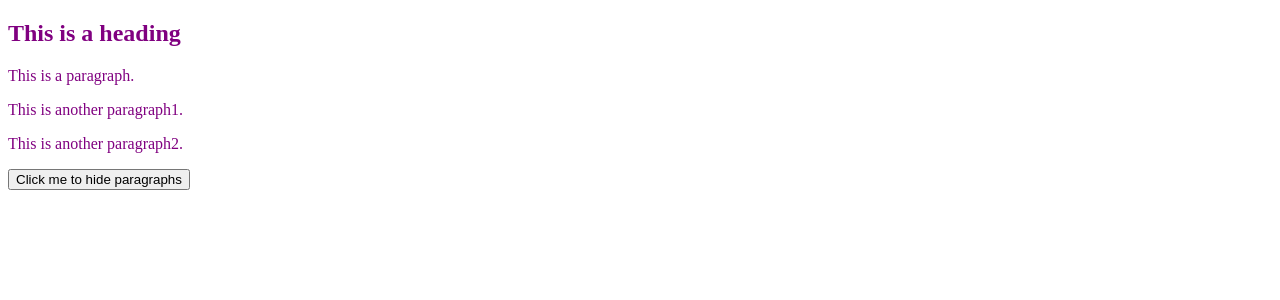
Repository: skybluelion/KB
Page: KB/work05_front/front05_JQuery/src/main/webapp/2_event/jq03_addClass_template.html
These files come from the project's save history. The page is drawn as it stood at one moment and after the next save; the edit follows.
The browser window is 1280 px wide. The pictures show the whole page.

Above is the page before, as saved 2023-04-12 05:32:15.

After the next save:
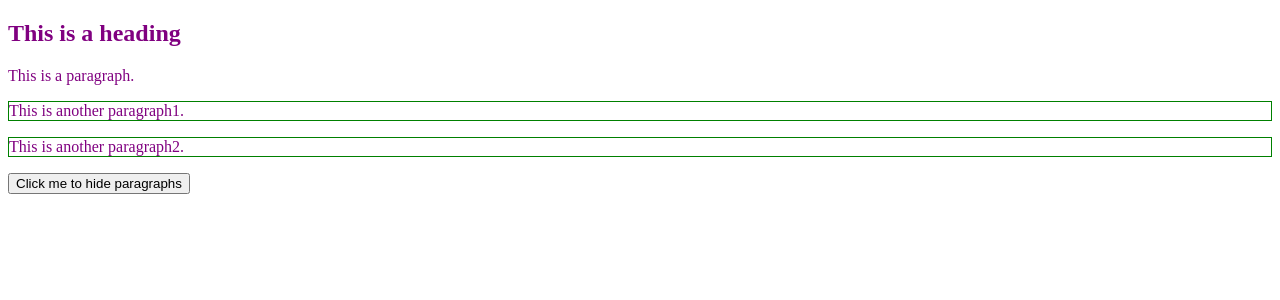
Saved 3 min 1 s later.
--- a/KB/work05_front/front05_JQuery/src/main/webapp/2_event/jq03_addClass_template.html
+++ b/KB/work05_front/front05_JQuery/src/main/webapp/2_event/jq03_addClass_template.html
@@ -13,6 +13,15 @@
 <script>
 	$(function(){
 		$('h2,p').addClass('colorP');
+
+		//1. h2 태그의 직계자식 선택자.. 글자색을 tomato
+		$('h2>p').addClass('colorT');
+		//2. p태그 2번 째 선택.. 경계선 1px solid green
+		$('p:eq(1)').addClass('borderG');
+		//3. p태그 마지막 선택.. 경계선 1px solid blue
+		$('p:last').addClass('borderG');
+
+
 	});
 </script>
 </head>
